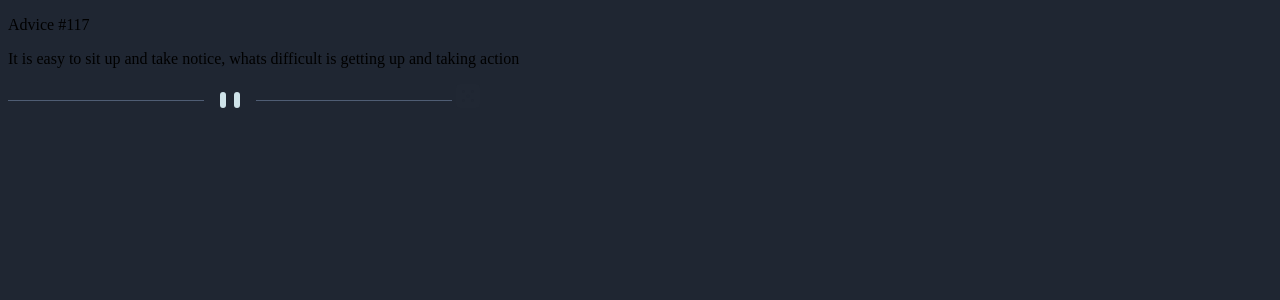
Repository: Arkitecth/advice-generator
Page: index.html
The author's editor kept a copy of each file at every save. The page is drawn from the files as they stood at one save, then again after the next save.
The browser window is 1280 px wide. The pictures show the whole page.

Above is the page before, as saved 2023-07-12 17:18:07.

After the next save:
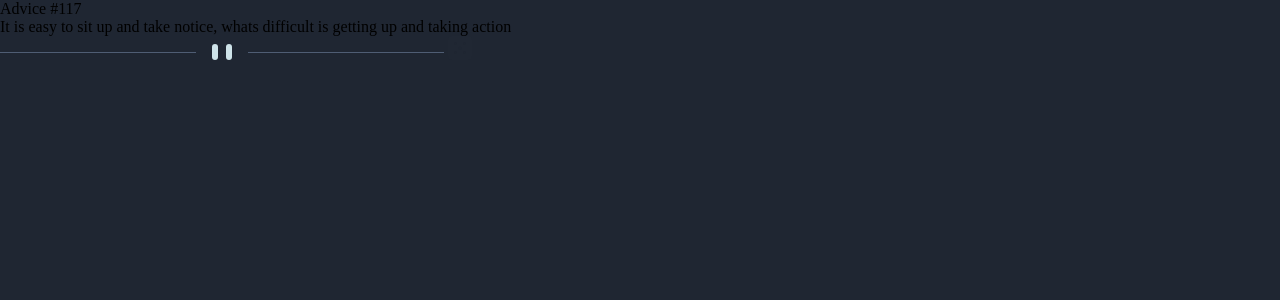
Saved 8 s later.
--- a/style.css
+++ b/style.css
@@ -4,6 +4,9 @@
     --light-cyan:  hsl(193, 38%, 86%);
     --neon-green:hsl(150, 100%, 66%);
     --grayish-blue:hsl(217, 19%, 38%);
+}
+* {
+    margin: 0
 }
 @import url('https://fonts.googleapis.com/css2?family=Manrope:wght@800&display=swap');
 
